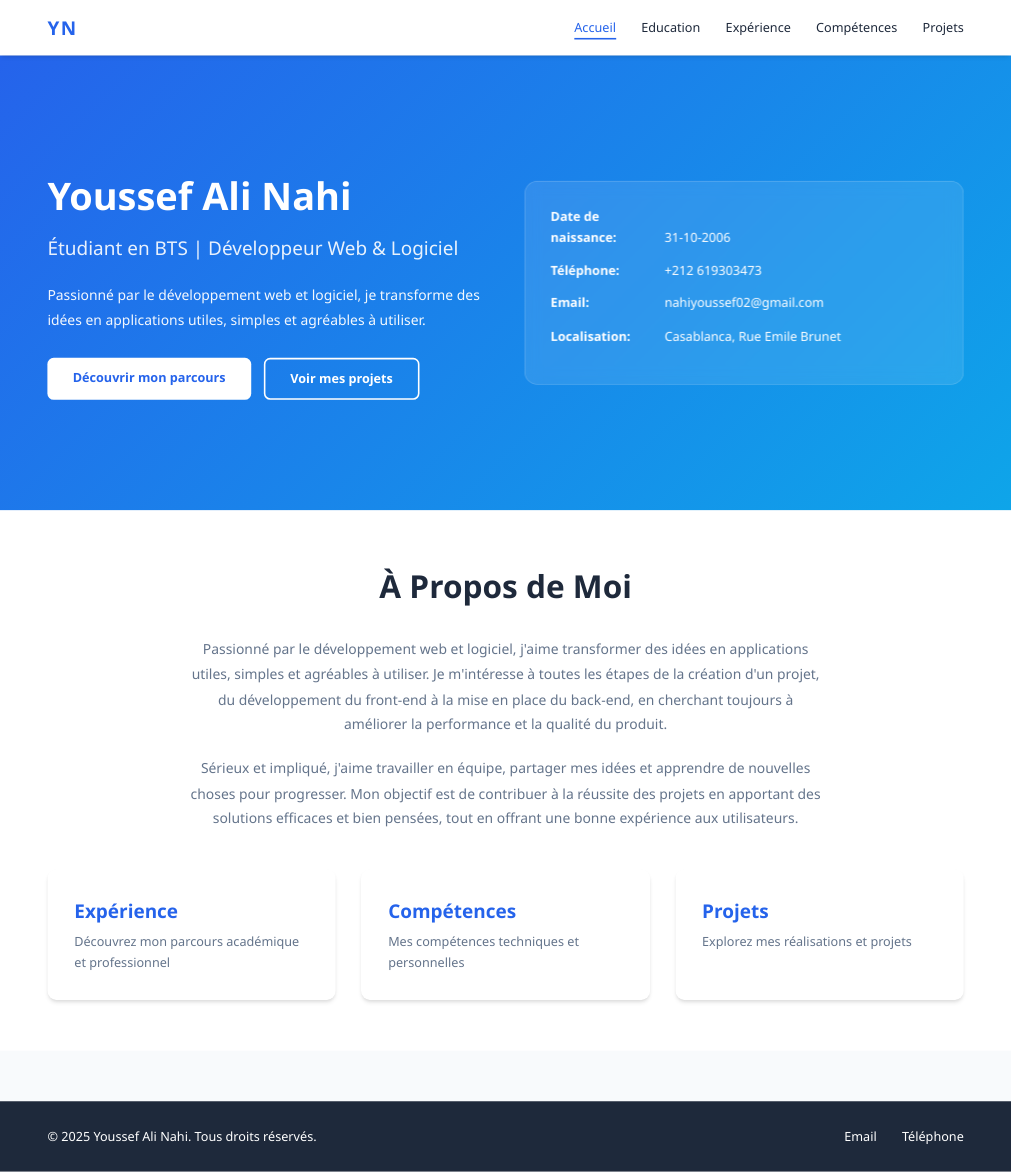
Repository: Youssef-Nahi504/My_Portfolio
Page: index.html
These files come from the project's save history. The page is drawn as it stood at one moment and after the next save; the edit follows.
The browser window is 1280 px wide. The pictures show the whole page, at 79% of full size.

Above is the page before, as saved 2025-12-19 16:08:42.

After the next save:
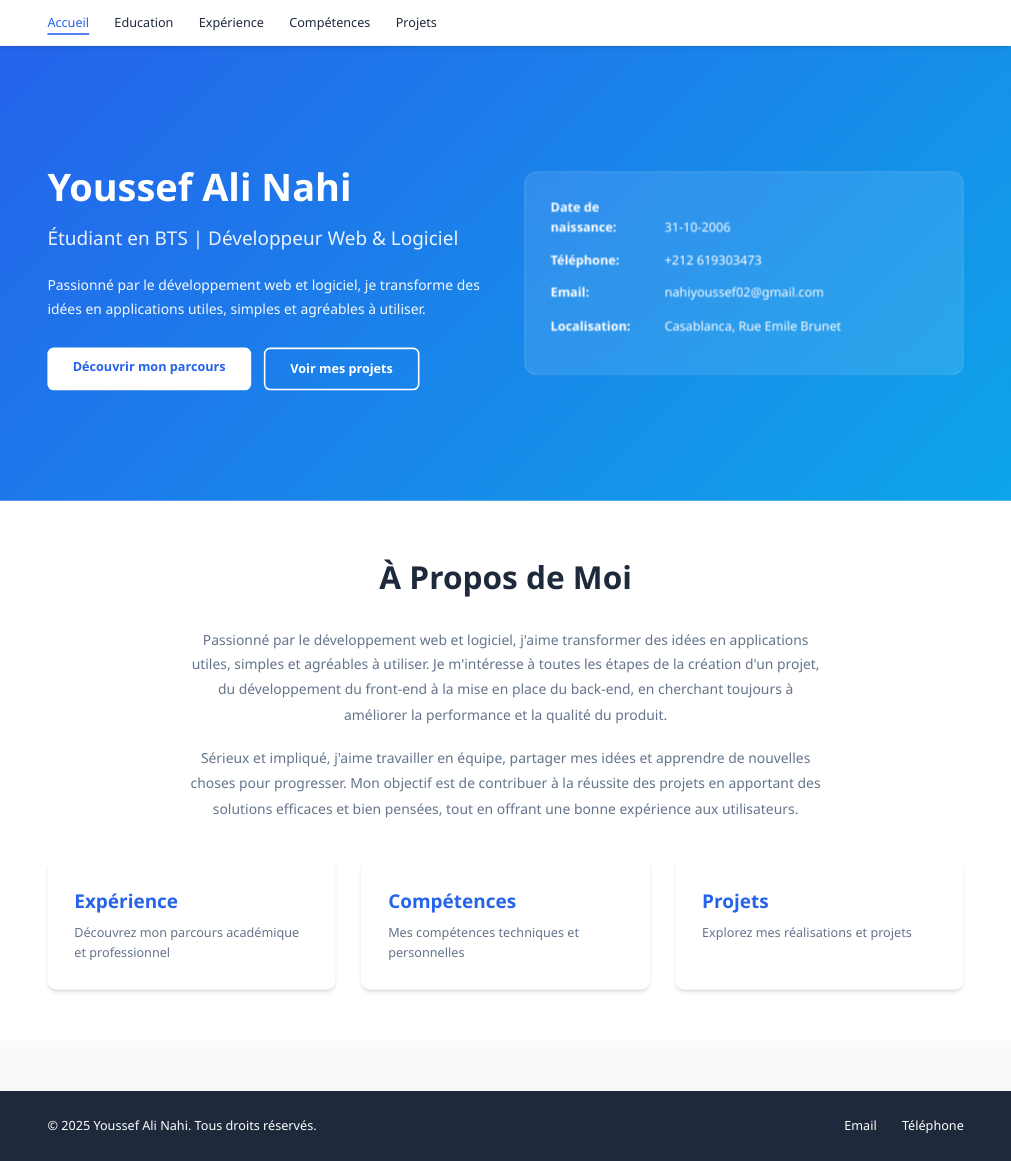
Saved 32 s later.
--- a/index.html
+++ b/index.html
@@ -9,7 +9,6 @@
 <body>
     <nav class="navbar">
         <div class="nav-container">
-            <div class="logo">YN</div>
             <ul class="nav-menu">
                 <li><a href="index.html" class="active">Accueil</a></li>
                 <li><a href="Education.html">Education</a></li>
